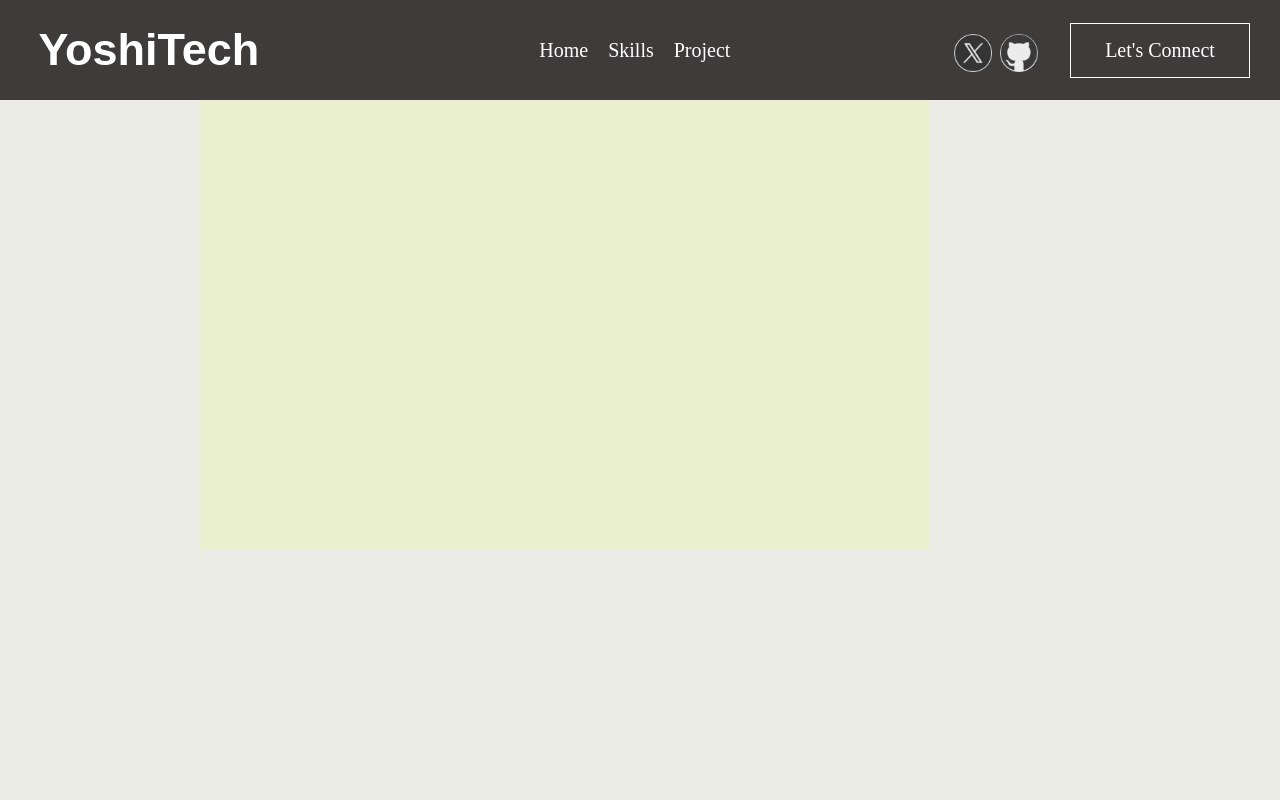
Repository: Yoshiki0418/My_Portfolio
Page: index.html
These files come from the project's save history. The page is drawn as it stood at one moment and after the next save; the edit follows.
The browser window is 1280 px wide. The pictures show the whole page.

Above is the page before, as saved 2024-01-05 20:56:00.

### index.html
<!DOCTYPE html>
<html lang="ja">
<head>
    <meta charset="UTF-8">
    <meta name="viewport" content="width=device-width, initial-scale=1.0">
    <title>Document</title>
    <link rel="stylesheet" type="text/css" href="style.css">
</head>
<body>
    <header>
        <h1 class="Logo">YoshiTech</h1>
        <div class="page_changer">
            <a class="changer_font">Home</a>
            <a class="changer_font">Skills</a>
            <a class="changer_font">Project</a>
        </div>
        <div class="sns_container">
            <a><img src="static/image/X.png" class="sns_pic"></a>
            <a><img src="static/image/GitHub.png" class="sns_pic"></a>
        </div>
        <div class="connect_container">
            <a class="connect_font">Let's Connect</a>
        </div>
    </header>
    <main>
        <section class="hero_section">
            <div class="monitor_container">
                <div class="circle_container">
                    <div class="circle"></div>
                    <div class="circle"></div>
                    <div class="circle"></div>
                </div>
            </div>
        </section>
    </main>

</body>
</html>

### style.css
*{
    margin: 0;
    padding: 0;
    box-sizing: border-box; /* サイズ計算をより予測しやすくするためのプロパティ */
}

header {
	display: flex;					/*flexボックスを使う指定*/
	align-items: center;			/*垂直揃えの指定。天地中央に配置されるように。*/
    width: 100%;
    height: 100px;
	background-color: #3E3B3B;
    position: relative;
}

.Logo{
    margin-left: 3%;
    color: white;
    font-family: 'Comic Sans MS', 'Arial Rounded MT Bold', sans-serif;
    font-size: 45px;
}

.page_changer{
    display: flex;
	align-items: center;
    padding: 20px;
    margin-left: 250px;
    margin-right: 250px;
}

.changer_font{
    color: white;
    margin: 10px;
    font-size: 20px;
}

.connect_font{
    color: white;
    font-size: 20px;
}

.connect_container{
    position: absolute;
    right: 30px;
    width: 180px;
    height: 55px;
    border: 1px solid white;
    display: flex;
    align-items: center;
    justify-content: center;
}

.sns_pic{
    width: 38px;
    height: auto;
    margin: 2px;
}

.sns_container{
    margin-top: 10px;
    position: absolute;
    right: 240px;
}

.hero_section{
    background-color: #ECECE7;
    width: 100%;
    height: 700px;
    position: relative;
}

.monitor_container{
    background-color: #E9EFCF;
    width: 730px;
    height: 450px;
    margin-left: 200px;
}

After the next save:
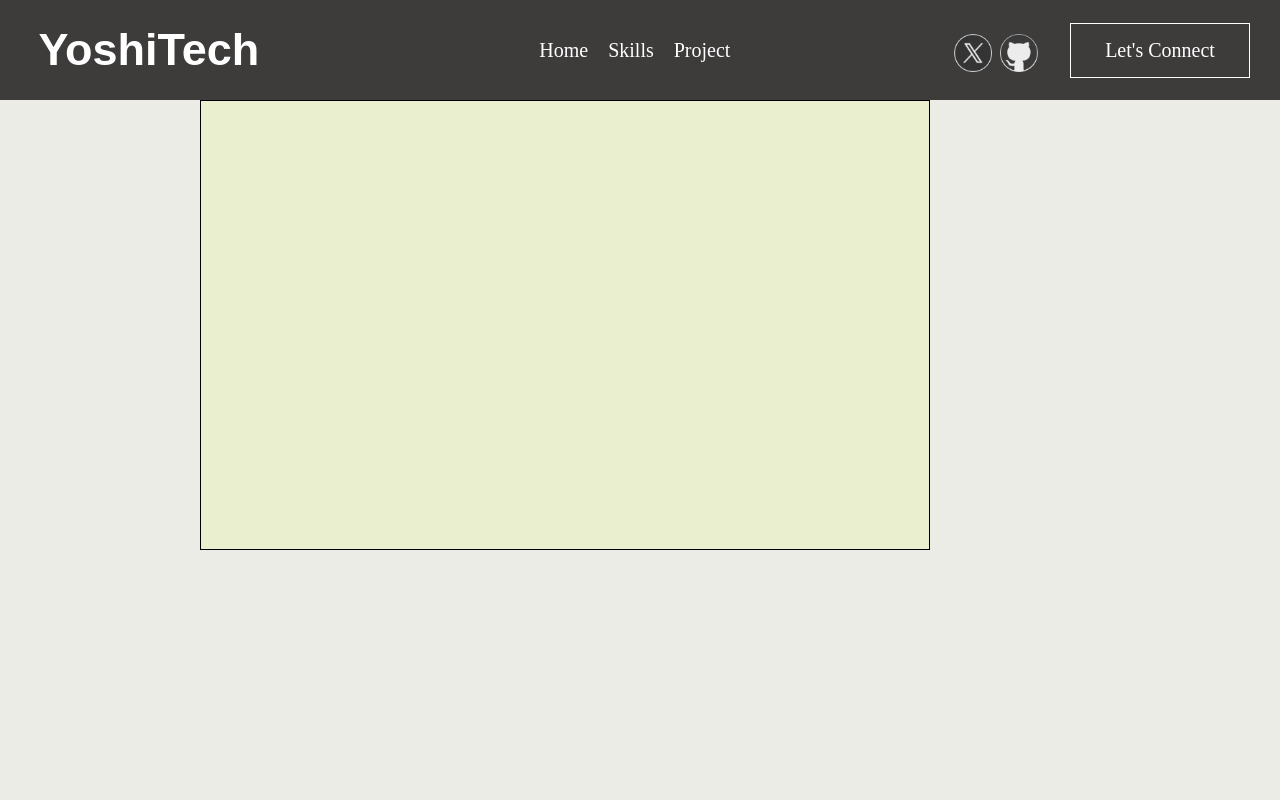
Saved 47 s later.
--- a/style.css
+++ b/style.css
@@ -74,4 +74,5 @@
     width: 730px;
     height: 450px;
     margin-left: 200px;
+    border: 1px solid rgb(0, 0, 0);
 }
